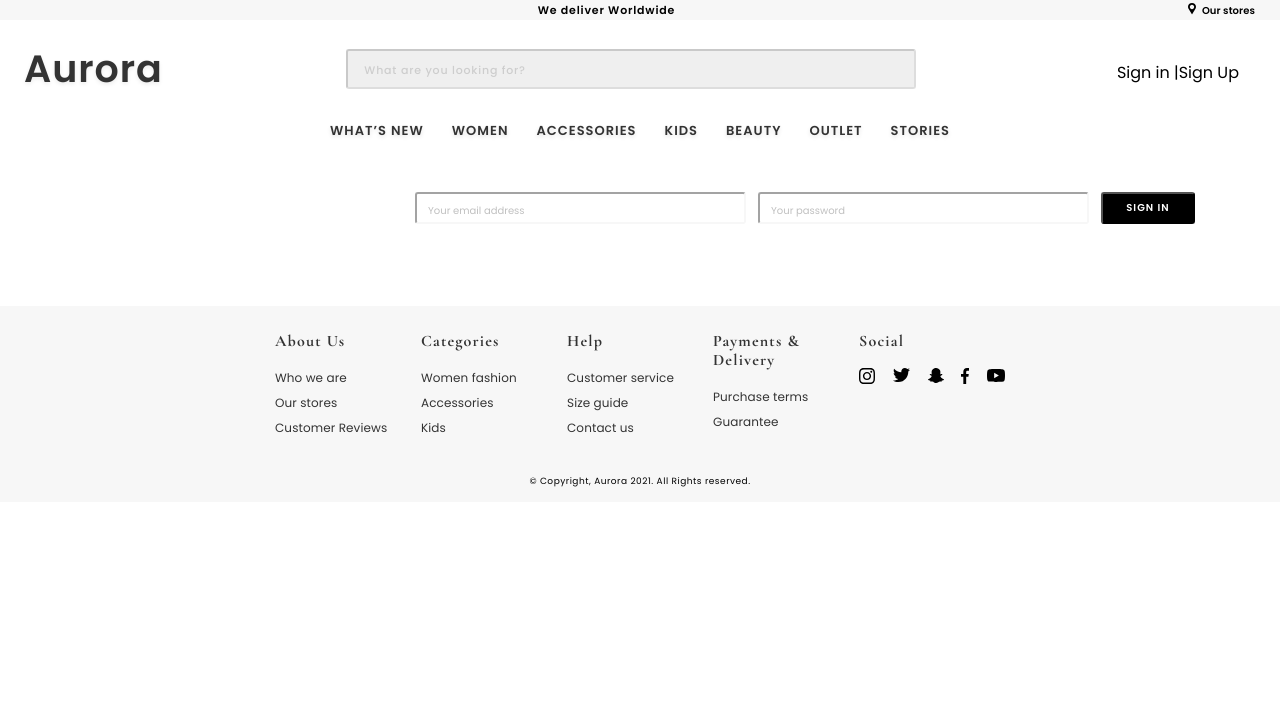
Repository: YuraKrvz/aurora-react-redux-toolkit-firebase
Page: /signIn
These files come from the project's save history. The page is drawn as it stood at one moment and after the next save; the edit follows.
The browser window is 1280 px wide. The pictures show the whole page.
The project was rebuilt for these pictures with package versions that can differ from the ones it lists, and the page was loaded fresh each time. Also part of the build but not shown: src/components/MainSection/MainSection.jsx, src/pages/HomeGuest.jsx, src/pages/HomeUser.jsx, src/pages/SignUp.jsx.

Above is the page before, as saved 2021-11-29 15:20:49.

After the next save:
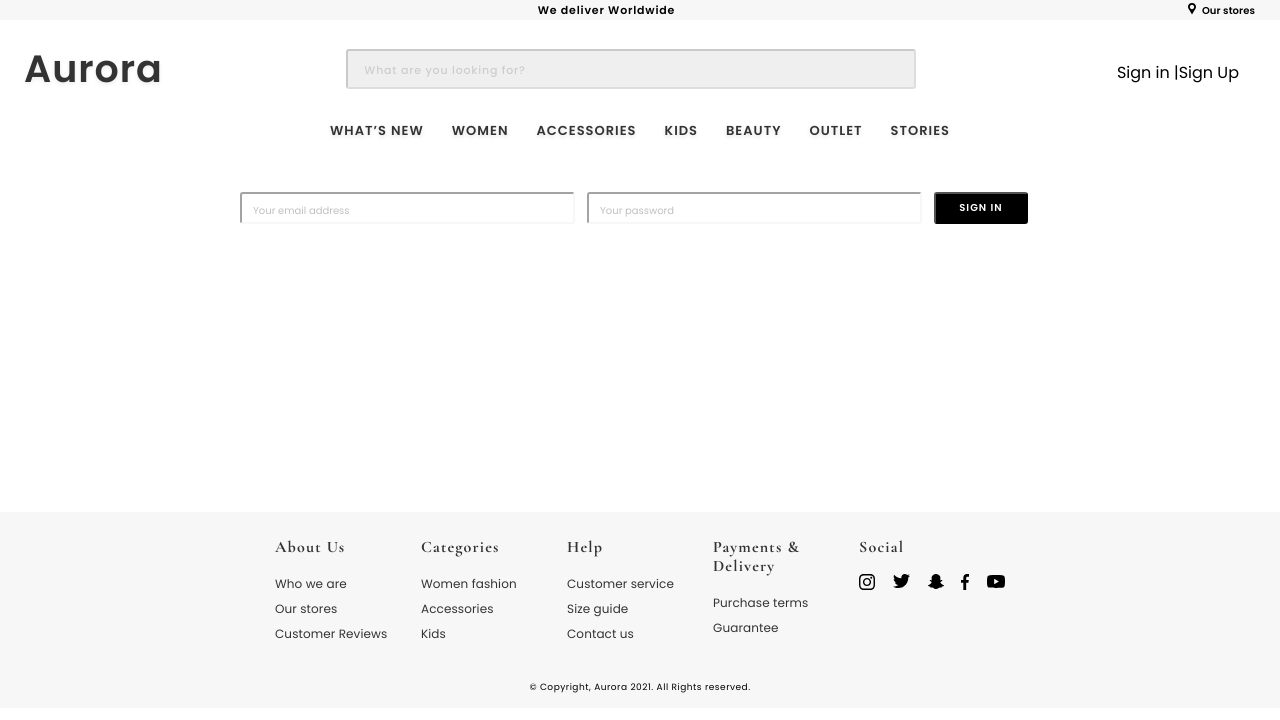
Saved 55 s later.
--- a/src/pages/SignIn.jsx
+++ b/src/pages/SignIn.jsx
@@ -29,7 +29,7 @@ const SignIn = () => {
 
    return (
       <>
-         <div className={s.section_register_field}>
+         <div  style={{height: '40vh', width: '800px'}}  className={s.section_register_field}>
             <label className={s.input_wrap}>
                <input className={s.section_register_input} ref={emailRef} type="email" placeholder='Your email address' />
                <input className={s.section_register_input} ref={passwordRef} type="password" placeholder='Your password' />
